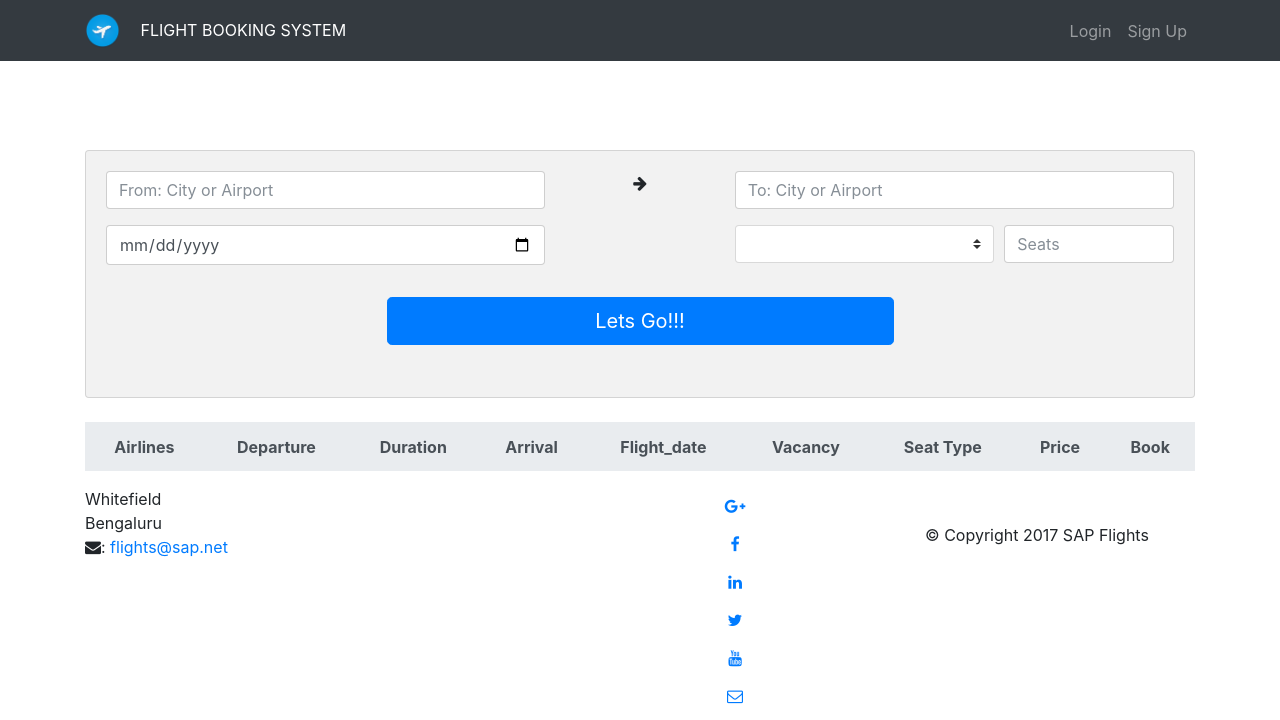
Repository: yashtatia/Spring-Practice
Page: http://localhost/FitnessTracker/WEB-INF/jsp/flightpage.jsp
An editor plug-in stored every save of this project. The page is shown before and after the next save, followed by the edit.
The browser window is 1280 px wide. The pictures show the whole page.
Some web libraries are served in a nearby version. The page is served by Tomcat 9. Nobody is signed in. The template is opened directly, without the code that normally fills it, so the values that code supplies are empty.

Above is the page before, as saved 2017-09-05 20:25:17.

After the next save:
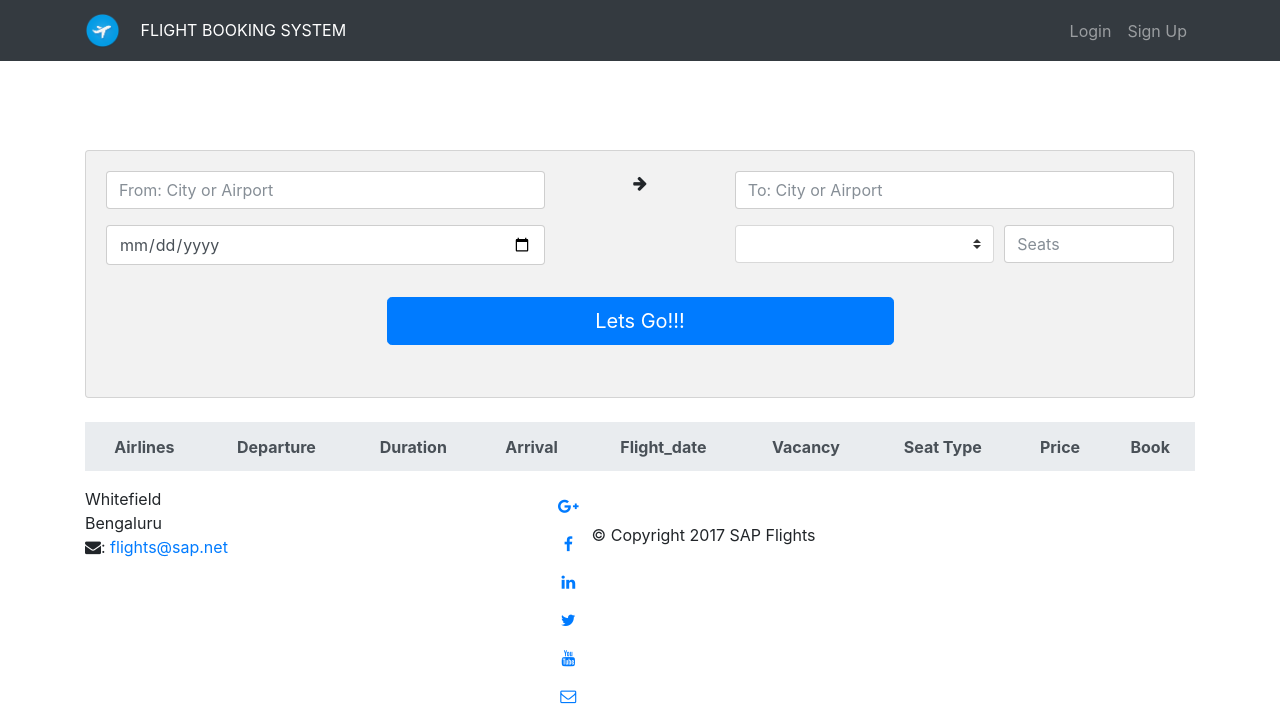
Saved 15 s later.
--- a/FitnessTracker/src/main/webapp/WEB-INF/jsp/footer.jsp
+++ b/FitnessTracker/src/main/webapp/WEB-INF/jsp/footer.jsp
@@ -12,7 +12,7 @@
                          flights@sap.net</a>
                     </address>
                 </div>
-                <div class="col-xs-12 col-sm-4 pull-right">
+                <div class="col-xs-12 ">
                     <div class="nav navbar-nav">
                         <a class="btn btn-social-icon btn-google-plus" href="http://google.com/+"><i class="fa fa-google-plus"></i></a>
                         <a class="btn btn-social-icon btn-facebook" href="http://www.facebook.com/profile.php?id="><i class="fa fa-facebook"></i></a>
